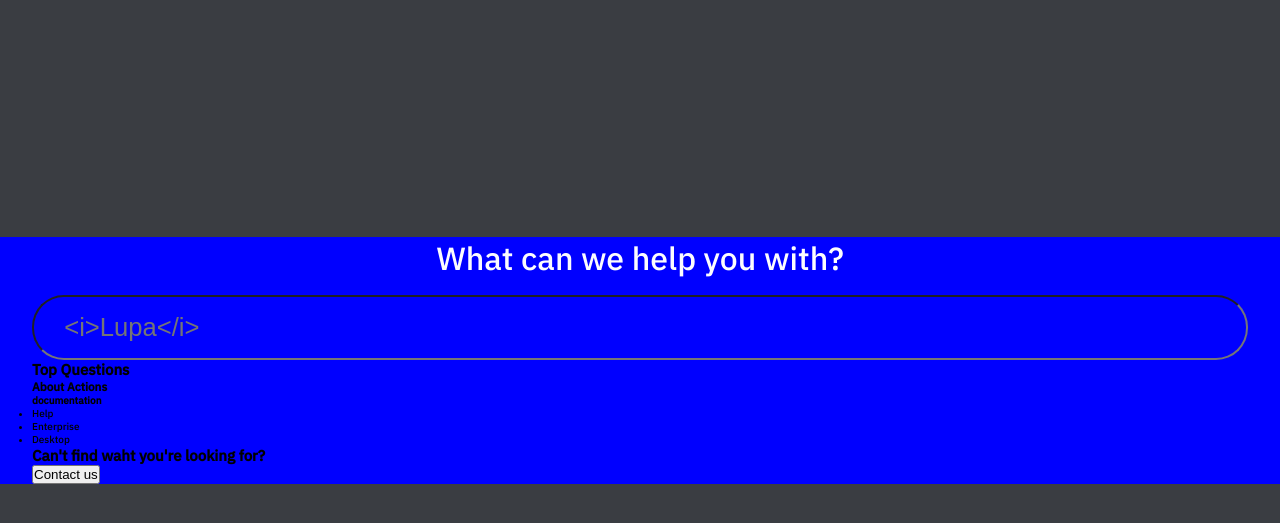
Repository: Hcmwebs/Help-Center-UI-
Page: index.html
An editor plug-in stored every save of this project. The page is shown before and after the next save, followed by the edit.
The browser window is 1280 px wide. The pictures show the whole page.
The style sheet was rebuilt from its Sass, Less or Tailwind sources for each picture, by a compiler version that may differ from the author's.

Above is the page before, as saved 2020-08-20 20:11:52.

### index.html
<!DOCTYPE html>
<html lang="en">
<head>
    <meta charset="UTF-8">
    <meta name="viewport" content="width=device-width, initial-scale=1.0">
    <link rel="stylesheet" href="css/styles.min.css">
    <title>Help Center</title>
</head>
<body>
    <div class="container">
        <header>
            <h1>What can we help  you with?</h1>
            <input type="search"
            id="search"
            placeholder="  <i>Lupa</i>" >

        </header>

        <!-- *******card****** -->
        <div class="card">
            <!--****card-header**** -->
            <h2> Top Questions</h2>

            <!--****card-body**** -->

            <div class="card-item">
                <div class="card-head">
                    <h3>About Actions</h3>
                </div>
                <div class="card-body">
                    <h4>documentation</h4>
                    <ul>
                        <li>Help</li>
                        <li>Enterprise</li>
                        <li>Desktop</li>
                    </ul>
                </div>
            </div>


            <!--****card--footer**** -->
            <div class="card-footer">
                <h2>Can't find waht you're looking for? </h2>
                <button class="btn-primary">Contact us</button>
            </div>

        </div>
    </div>
</body>
</html>

### scss/styles.scss
@import url('https://fonts.googleapis.com/css2?family=IBM+Plex+Sans:wght@300;500&display=swap');
$font-stack:'IBM Plex Sans', sans-serif;
$bg-color:rgba(37,41,46,0.9);
$primary-color:rgba(255,255,255,0.99);

*{
    margin: 0;
    padding: 0;
    box-sizing: border-box;
}

body{
    font-family: $font-stack;
    font-size: 10px;
    background-color:$bg-color;
    display: grid;
    place-items: center;
    height: 100vh;
    width: 100%;
}

.container{
    width: 100%;
    padding: 0 2rem ;
    background-color:blue;

}
header{
    text-align: center;


    h1{
        font-size: 32px;
        font-weight: 500;
        margin-bottom: 1rem;
        color: $primary-color;
    }
    input{
        font-size: 1.6rem;
        width: 100%;
        padding: 1rem;
        background-color: blue;
        border-radius: 2rem;
    }

}

After the next save:
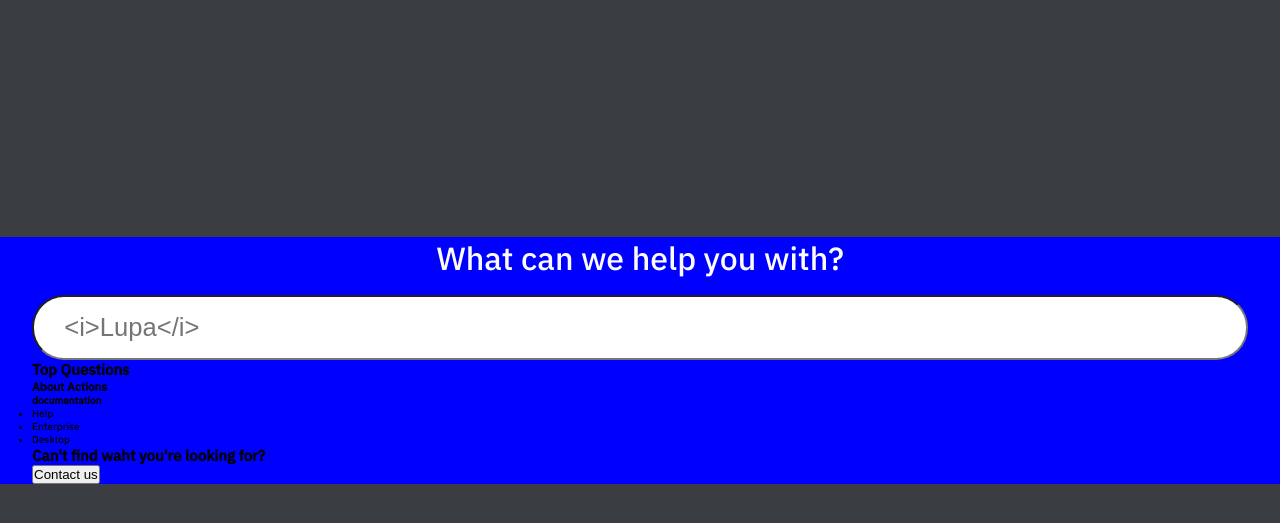
Saved 18 s later.
--- a/scss/styles.scss
+++ b/scss/styles.scss
@@ -39,7 +39,7 @@ header{
         font-size: 1.6rem;
         width: 100%;
         padding: 1rem;
-        background-color: blue;
+        background-color: #fff;
         border-radius: 2rem;
     }
 
